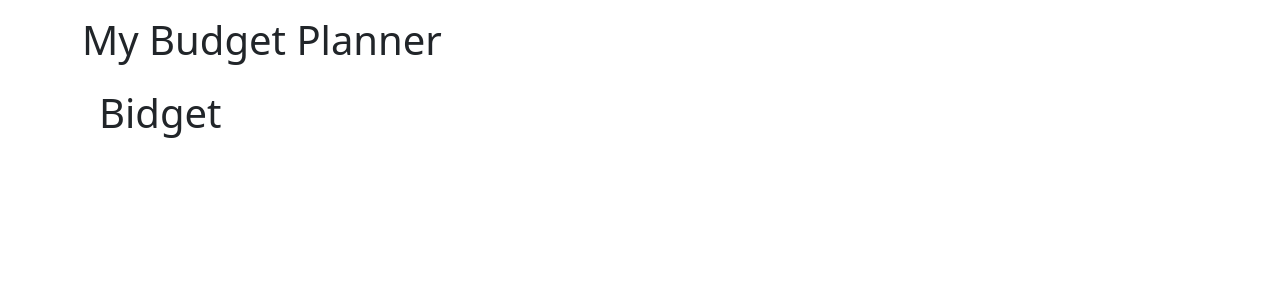
Repository: OmniaRafat232111121/budgetapp
Page: /
The author's editor kept a copy of each file at every save. The page is drawn from the files as they stood at one save, then again after a run of saves.
The browser window is 1280 px wide. The pictures show the whole page.
The project was rebuilt for these pictures with package versions that can differ from the ones it lists, and the page was loaded fresh each time.

Above is the page before, as saved 2022-10-07 21:37:05.

After the next 2 saves:
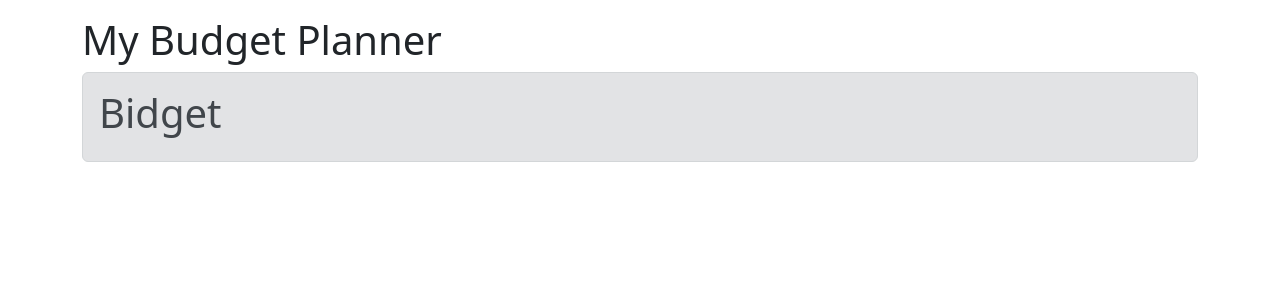
The 2 saves are shown as one change because they came seconds apart.
The last was saved 37 s later.
--- a/src/components/Budget.jsx
+++ b/src/components/Budget.jsx
@@ -2,7 +2,7 @@ import React from 'react'
 
 const Budget = () => {
   return (
-    <div className='alert alert-text-secondary'>
+    <div className='alert alert-secondary'>
       <h1>Bidget</h1>
     </div>
   )
